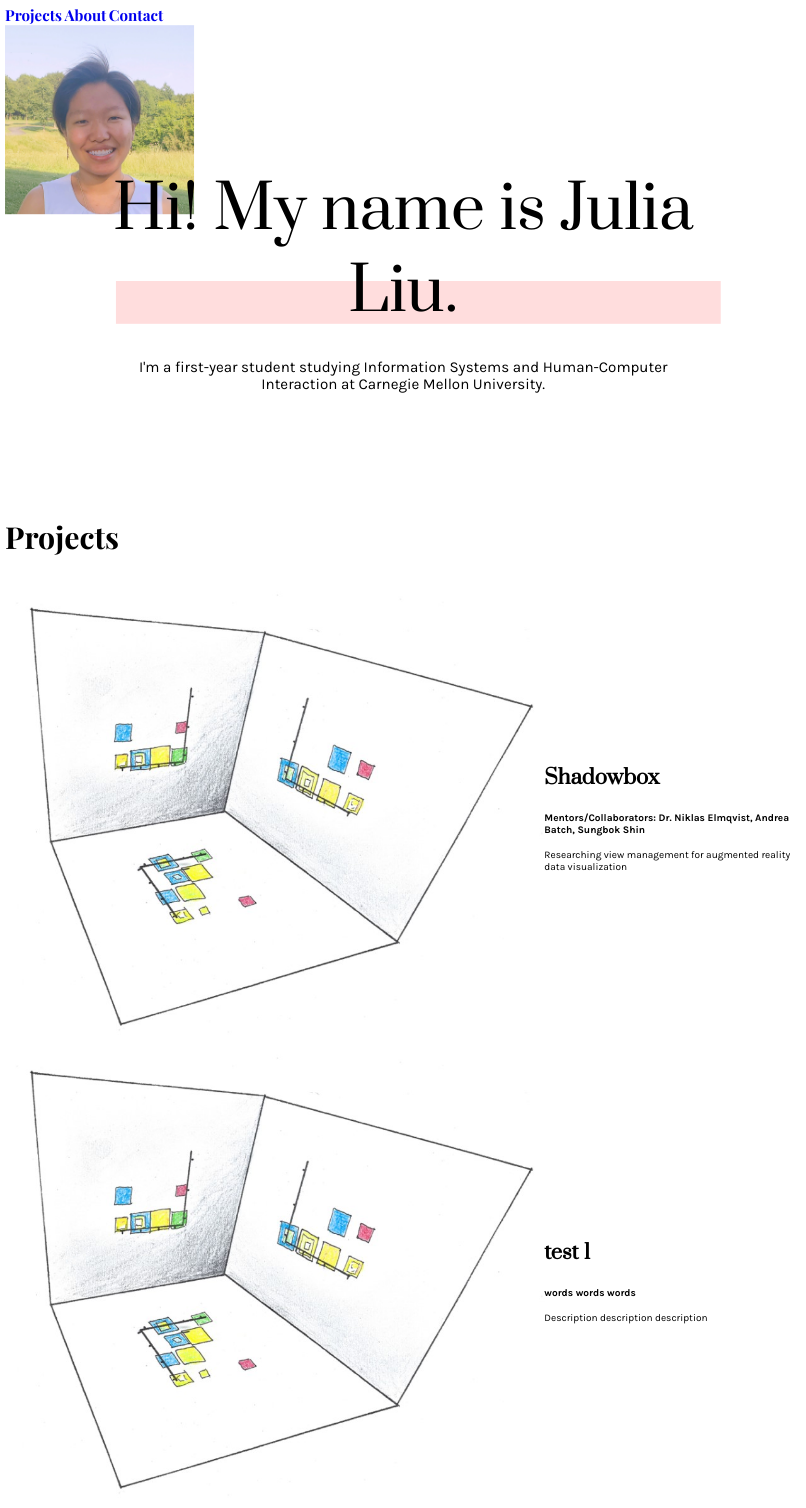
Repository: liu-julia/liu-julia.github.io
Page: index.html
An editor plug-in stored every save of this project. The page is shown before and after the next save, followed by the edit.
The browser window is 1280 px wide. The pictures show the whole page, at 63% of full size.

Above is the page before, as saved 2022-04-26 22:50:56.

### index.html
<!DOCTYPE html>
<html lang="en">
<head>
    <meta charset="UTF-8">
    <meta http-equiv="X-UA-Compatible" content="IE=edge">
    <meta name="viewport" content="width=device-width, initial-scale=1.0">
    <link rel="preconnect" href="https://fonts.googleapis.com">
    <link rel="preconnect" href="https://fonts.gstatic.com" crossorigin>
    <link href="https://fonts.googleapis.com/css2?family=Karla:wght@300;400;700&family=Open+Sans:wght@300;400;700&family=Playfair+Display:wght@400;700&family=Prata&display=swap" rel="stylesheet">
    <link rel="stylesheet" href="css/styles.css">
    <link rel="icon" href="images/jllogo.png">
    <title>Julia Liu</title>
</head>
<body>
    <header>
        <a href="index.html">Projects</a>
        <a href="about.html">About</a>
        <a href="contact.html">Contact</a>
    </header>
    <div id="content">
        <div id="top">
            <img id="face" src="images/IMG_20210707_193435_832.jpg" alt="Julia Liu">
            <h1 class="highlighted">Hi! My name is Julia Liu.</h1>
            <p id="head_desc">I'm a first-year student studying Information Systems and Human-Computer Interaction at Carnegie Mellon University.</p>
        </div>
        <br>
        <h2>Projects</h2>
        <div class="project">
            <img src="images/shadowbox.jpg" alt="Shadowbox">
            <div class="project-text">
                <h3>Shadowbox</h3>
                <h4>Mentors/Collaborators: Dr. Niklas Elmqvist, Andrea Batch, Sungbok Shin</h4>
                <p>Researching view management for augmented reality data visualization</p>
            </div>
        </div>
        <div class="project">
            <img src="images/shadowbox.jpg" alt="Shadowbox">
            <div class="project-text">
                <h3>test 1</h3>
                <h4>words words words</h4>
                <p>Description description description</p>
            </div>
        </div>
    </div>
</body>
</html>

### css/styles.css
:root {
    font-family: 'Karla', sans-serif;
}
html {
    height: 100%;
}
body {
    height: 100%;
}
#content {
    height: 100%;
}
h1 {
    font-family: 'Prata', serif;
    font-weight: 400;
    font-size: 6em;
}
#top {
    height: 100%;
}
h1{
    position: absolute;
    bottom: 12rem;
    left: 1rem;
    right: 1rem;
    text-align: center;
    margin: auto;
    width: 75%;
}
.highlighted::before {
    content: "";
    position: absolute;
    width: 100%;
    background: #ffdddd;
    left: .25em;
    bottom: .15em;
    height: .7em;
    z-index: -1;
}
h2 {
    font-family: 'Playfair Display', serif;
    font-size: 3em;
}
h3 {
    font-family: 'Prata', serif;
    font-size: 2em;

}
a {
    font-family: 'Playfair Display', serif;
    font-size: 1.5em;
    font-weight: 700;
    text-decoration: none;
}
#head_desc {
    font-size: 1.5em;
    font-weight: 400;
    position: absolute;
    bottom: 6rem;
    width: 90%;
    left: 1rem;
    right: 1rem;
    text-align: center;
    margin: auto;
    width: 75%;
}
.project {
    display: flex;
    align-items: center;
}
#face {
    width: 300px;
    height: 300px;
}

After the next save:
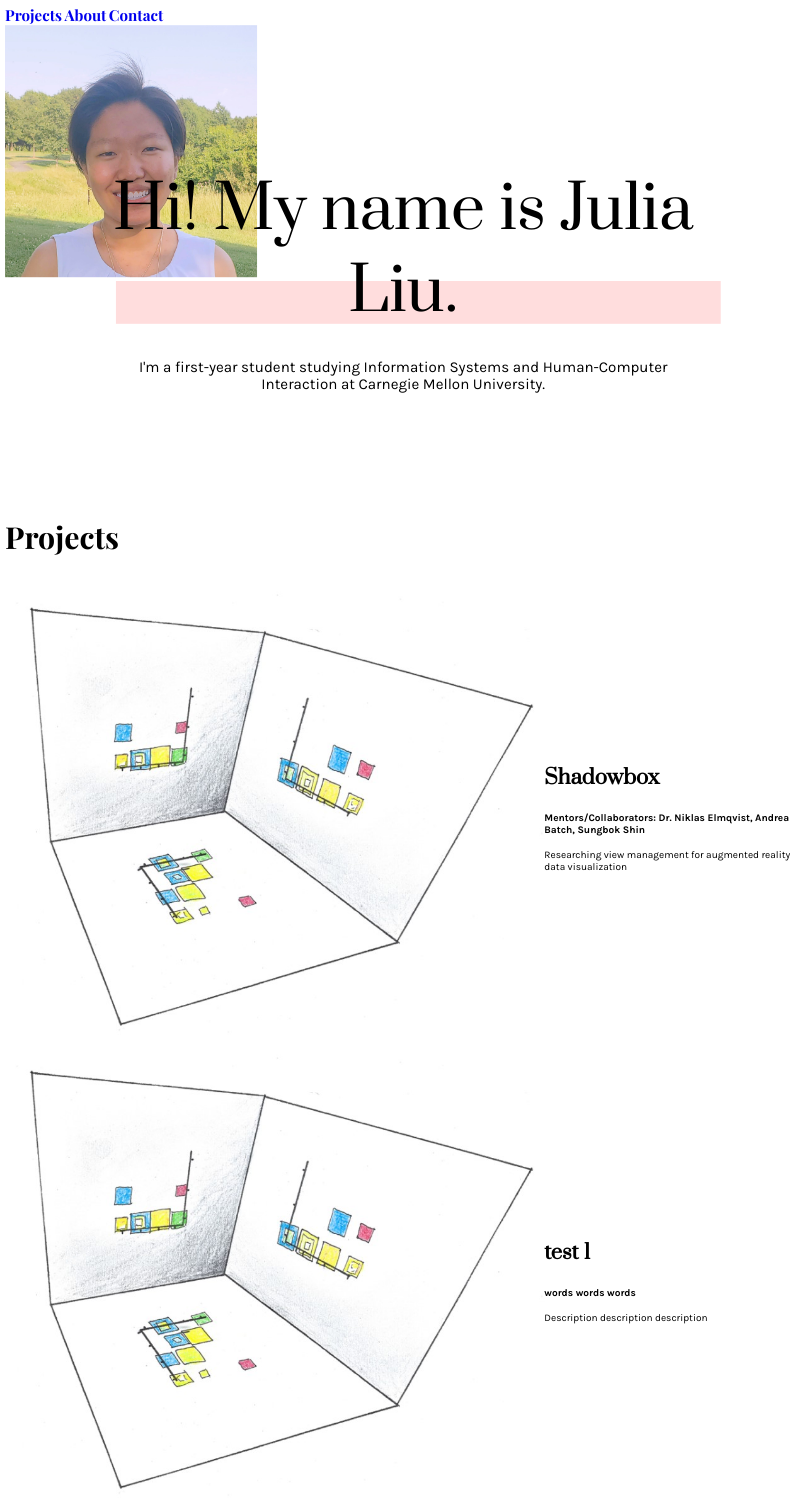
Saved 6 s later.
--- a/css/styles.css
+++ b/css/styles.css
@@ -69,6 +69,6 @@ a {
     align-items: center;
 }
 #face {
-    width: 300px;
-    height: 300px;
+    width: 400px;
+    height: 400px;
 }
